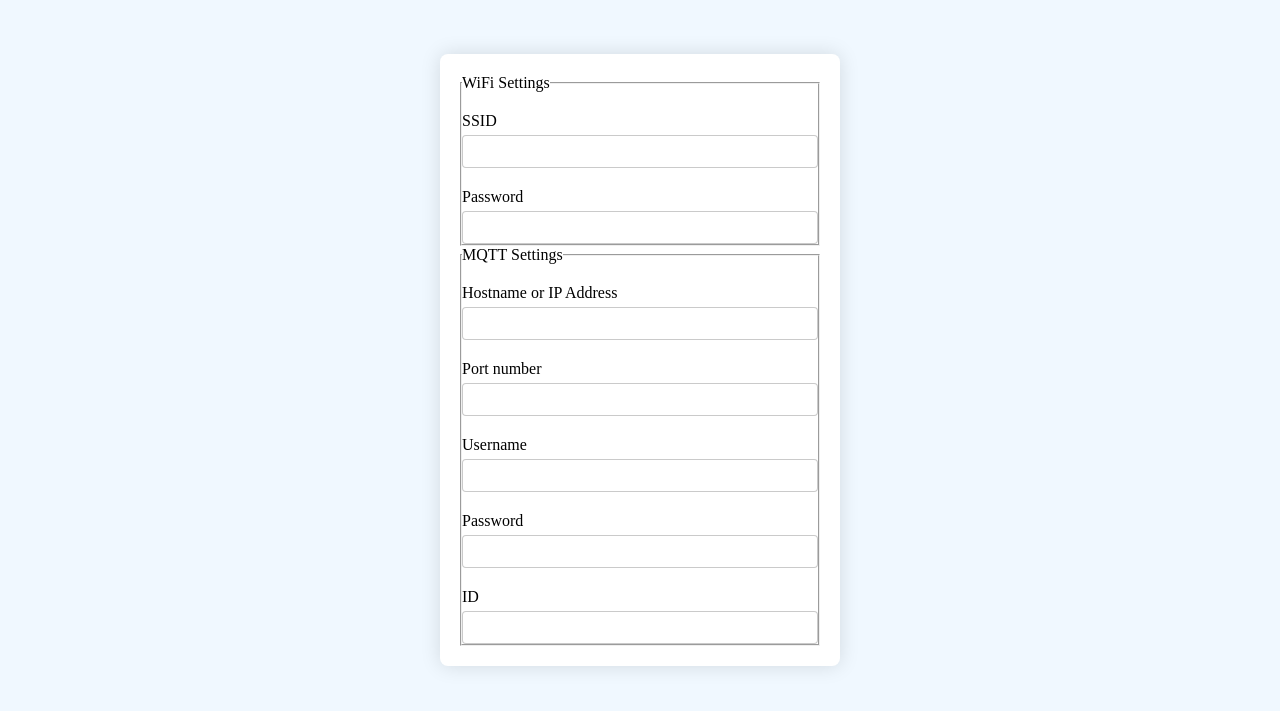
Repository: alex-dow/psikon-weather-station
Page: data/index.html
These files come from the project's save history. The page is drawn as it stood at one moment and after the next save; the edit follows.
The browser window is 1280 px wide. The pictures show the whole page.

Above is the page before, as saved 2021-12-09 22:48:08.

After the next save:
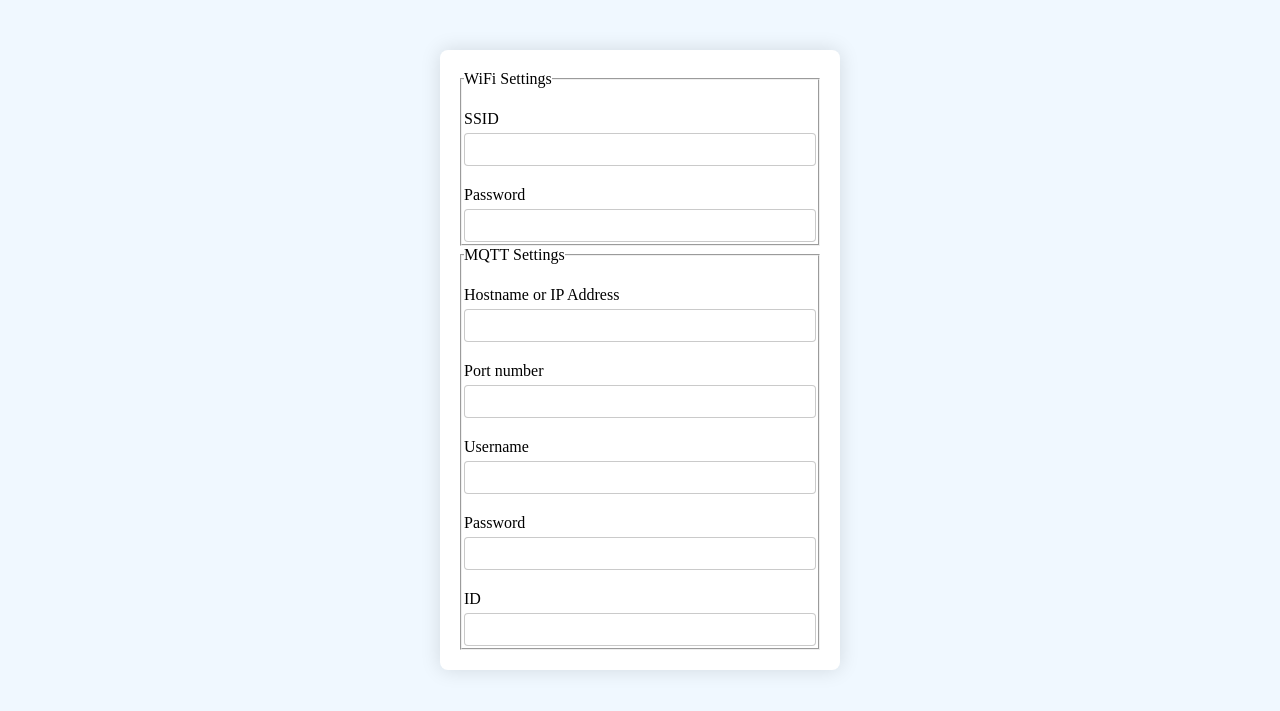
Saved 18 s later.
--- a/data/index.html
+++ b/data/index.html
@@ -68,6 +68,9 @@
  button.submit-btn {
   background-color: aquamarine;
  }
+ fieldset {
+   padding: 2px;
+ }
   </style>
 </head>
 <body>
